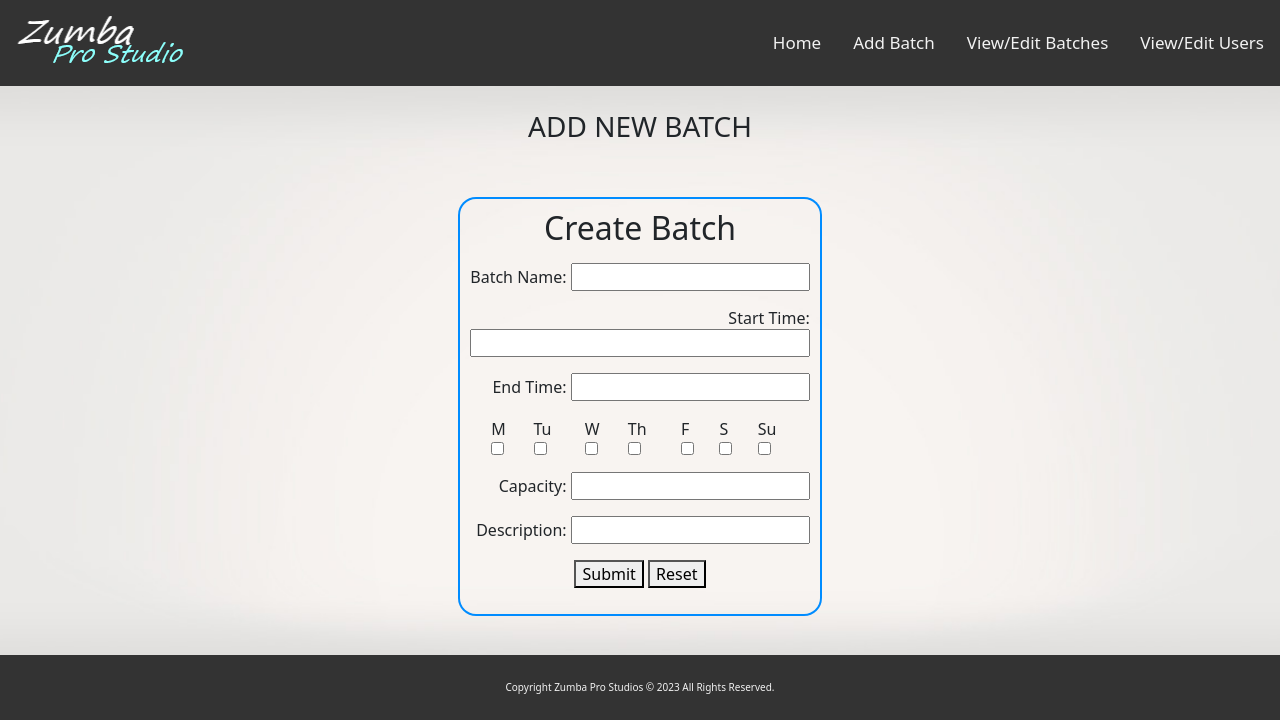
Repository: basemsamuel/Zumba
Page: http://localhost/ZumbaProStudio/addbatch.jsp
An editor plug-in stored every save of this project. The page is shown before and after the next save, followed by the edit.
The browser window is 1280 px wide. The pictures show the whole page.
The page is served by Tomcat 10. Other server files are loaded and not shown.

Above is the page before, as saved 2023-07-30 23:31:29.

### ZumbaProStudio/src/main/webapp/addbatch.jsp
<jsp:include page="adminheader.jsp"></jsp:include>
<div class="mycontainer">
	<div align="center">
	<br>
	<h3>ADD NEW BATCH</h3>
	<br>
	<br>

	<div>
		<table class="formtable">
			<tr>
				<td style="padding: 10px;">
					<div class='center'>
						<form style="width: 100%;" action="Admin" method = "POST">
						    <h2>Create Batch</h2>
						    <input type="hidden" name="htmlFormName" value="AddBatch" />
						    <div>
						        <p>
							        <div class='right'>
							            <label for="name">Batch Name:</label>
							            <input type="text" id="name" name="name">
							        </div>
						        </p>
						    </div>

						    <div>
						        <p>
							        <div class='right'>
							            <label for="stime">Start Time:</label>
							            <input class="input-group dat" id="stime" name="stime">
							        </div>
						        </p>
						    </div>


						    <div>
						        <p>
							        <div class='right'>
							            <label for="etime">End Time:</label>
							            <input class="datepicker" data-date-format="mm/dd/yyyy" id="etime" name="etime">
							        </div>
						        </p>
						    </div>

						    <div>
						        <p>
							        <div style="padding-left:20px;">
							        	<Table width="100%">
							        		<tr>
							        			<td>M</td>
							        			<td>Tu</td>
							        			<td>W</td>
							        			<td>Th</td>
							        			<td>F</td>
							        			<td>S</td>
							        			<td>Su</td>
							        		</tr>
							        		<tr>
							        			<td>
										            <input type="checkbox" id="M" name="M" value="M">
							        			</td>
							        			<td>
										            <input type="checkbox" id="Tu" name="Tt" value="Tu">
							        			</td>
							        			<td>
										            <input type="checkbox" id="W" name="W" value="W">
							        			</td>
							        			<td>
										            <input type="checkbox" id="Th" name="Th" value="Th">
							        			</td>
							        			<td>
										            <input type="checkbox" id="F" name="F" value="F">
							        			</td>
							        			<td>
										            <input type="checkbox" id="S" name="S" value="S">
							        			</td>
							        			<td>
										            <input type="checkbox" id="Su" name="Su" value="Su">
							        			</td>
							        		</tr>
							        	</Table>

							        </div>
						        </p>
						    </div>

						    <div>
						        <p>
							        <div class='right'>
							            <label for="capacity">Capacity:</label>
							            <input type="number" id="capacity" name="capacity">
							        </div>
						        </p>
						    </div>

						    <div>
						        <p>
							        <div class='right'>
							            <label for="description">Description:</label>
							            <input type="text" id="description" name="description">
							        </div>
						        </p>
						    </div>
						    <div>
 						        <p>
						            <button type="submit" value="Submit">Submit</button>
						            <button type="reset" value="Reset">Reset</button>
						        </p>
						    </div>
						</form>
					</div>
				</td>
			</tr>
		</table>
		<br>
		<div class="emsg">
			<p>
				${batcherrorMessage}
			</p>
		</div>
	</div>
</div>
<jsp:include page="footer.jsp"></jsp:include>

### ZumbaProStudio/src/main/webapp/adminheader.jsp
<html lang="en">

<head>
    <meta charset="UTF-8">
    <meta http-equiv="X-UA-Compatible" content="IE=edge">
    <meta name="viewport" content="width=device-width, initial-scale=1.0">
    <title>Document</title>
    <link href="https://cdn.jsdelivr.net/npm/bootstrap@5.1.3/dist/css/bootstrap.min.css" rel="stylesheet" integrity="sha384-1BmE4kWBq78iYhFldvKuhfTAU6auU8tT94WrHftjDbrCEXSU1oBoqyl2QvZ6jIW3" crossorigin="anonymous">
    <link rel="stylesheet" type="text/css" href="css/styles.css" />
</head>

<body>
	 <div class="topnav">
		<img src="images/logo.png" alt="Zumba Pro Studio">
		<!-- <a class="active" href="#home">Home</a> -->
		<a href="adminusers.jsp">View/Edit Users</a>
		<a href="admin.jsp">View/Edit Batches</a>
		<a href="addbatch.jsp">Add Batch</a>
		<a href="index.jsp">Home</a>
	</div>

### ZumbaProStudio/src/main/webapp/footer.jsp
<footer>
	Copyright Zumba Pro Studios © 2023 All Rights Reserved.
</footer>
</body>
</html>

### ZumbaProStudio/src/main/webapp/css/styles.css
		.topnav {
			 background-color: #333;
			 overflow: hidden;
				}

		/* Style the links inside the navigation bar */
		.topnav a {
			 float: right;
			 color: #f2f2f2;
			 text-align: center;
			 padding: 30px 16px;
			 text-decoration: none;
			 font-size: 17px;
		}

		.topnav img {
			 float: left;
			 color: #f2f2f2;
			 text-align: center;
			 padding: 14px 16px;
			 text-decoration: none;
			 font-size: 17px;
			 height: 80px;
		}

		/* Change the color of links on hover */
		.topnav a:hover {
			 background-color: #ddd;
			 color: black;
		}

		/* Add a color to the active/current link */
		.topnav a.active {
			 background-color: #04AA6D;
			 color: white;
		}

		footer {
		    background-color: #333;
		    color: #f2f2f2;
		    grid-area: footer;
		    width: 100%;
		    position: absolute;
  			bottom: 0;
  			padding: 25px;
  			text-align: center;
  			font-size: 10px;
		}

		.centerimage {
			height: 100%;
			width: auto;
			display: block;
			margin-left: auto;
			margin-right: auto;

		}

		.center {
			text-align: center;
		}
		.right {
			text-align: right;
		}

		.formtable {
			border-collapse: collapse;
			border-radius: 16px;
			box-shadow: 0 0 0 2px rgb(0, 140, 255);
		}

		.mycontainer {
			height: calc(100% - 150px);
			width: 100%;
			background-image: url('../images/bg.jpg');
			background-color: #333; /* Used if the image is unavailable */
			background-position: center; /* Center the image */
			background-repeat: no-repeat; /* Do not repeat the image */
			background-size: cover; /* Resize the background image to cover the entire container */
		}

		.emsg {
			font-size: 13px;
			color: #FF0000;
		}

After the next save:
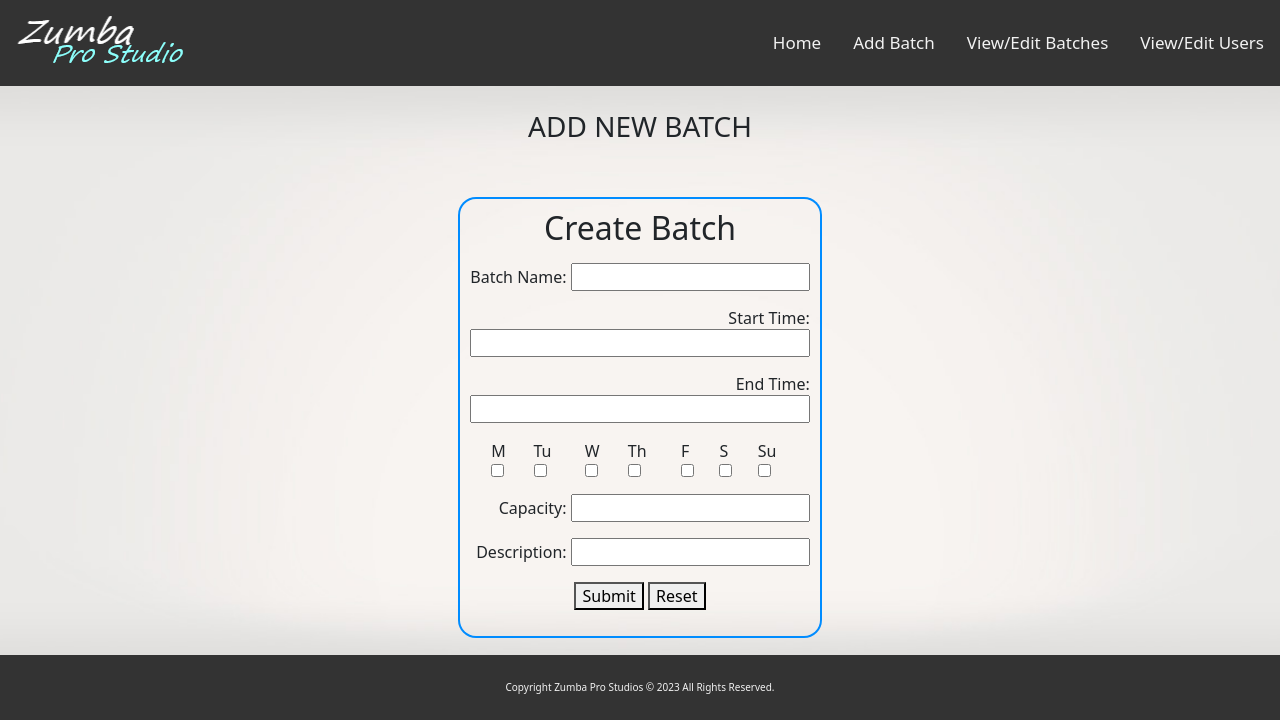
Saved 5 s later.
--- a/ZumbaProStudio/src/main/webapp/addbatch.jsp
+++ b/ZumbaProStudio/src/main/webapp/addbatch.jsp
@@ -37,7 +37,7 @@
 						        <p>
 							        <div class='right'>
 							            <label for="etime">End Time:</label>
-							            <input class="datepicker" data-date-format="mm/dd/yyyy" id="etime" name="etime">
+							            <input class="input-group dat" id="etime" name="etime">
 							        </div>
 						        </p>
 						    </div>
